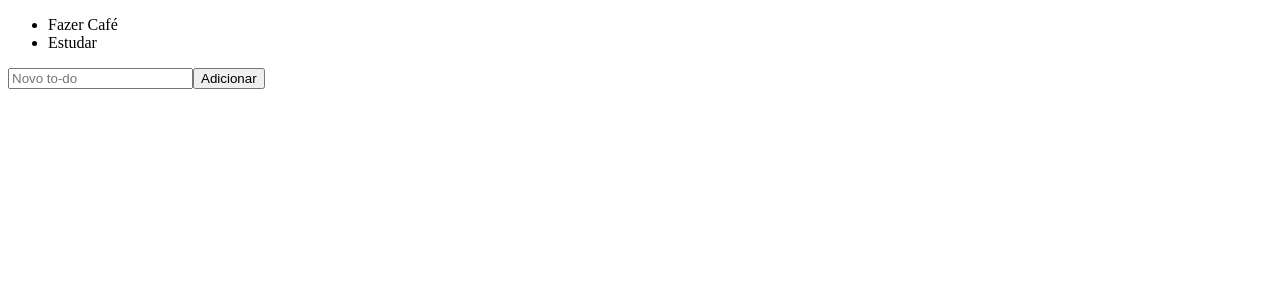
Repository: guilhermecardoso93/react-redux-zustand
Page: /
An editor plug-in stored every save of this project. The page is shown before and after the next save, followed by the edit.
The browser window is 1280 px wide. The pictures show the whole page.
The project was rebuilt for these pictures with package versions that can differ from the ones it lists, and the page was loaded fresh each time. Also part of the build but not shown: vite.config.ts.

Above is the page before, as saved 2023-06-27 19:32:20.

After the next save:
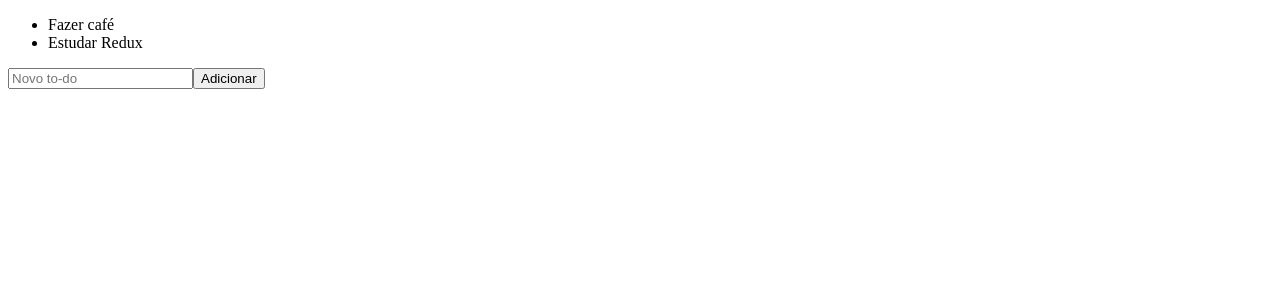
Saved 99 s later.
--- a/src/components/TodoList.tsx
+++ b/src/components/TodoList.tsx
@@ -1,12 +1,13 @@
 import { useSelector } from "react-redux"
 
 export function TodoList() {
-  const store = useSelector(store => store)
+  const todos = useSelector(store => {
+    return store.todo
+  })
 
   return (
     <ul>
-      <li>Fazer Café</li>
-      <li>Estudar</li>
+      {todos.map(todo => <li>{todo}</li>)}
     </ul>
   )
 }
